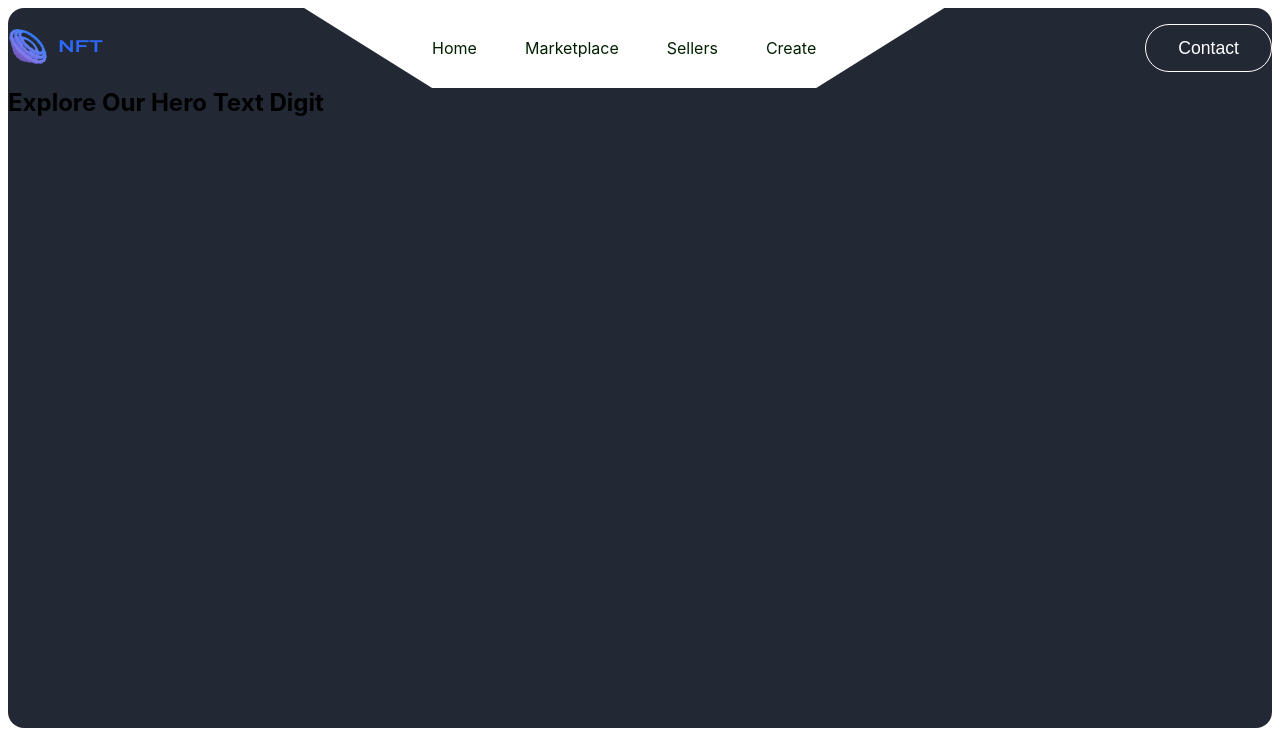
Repository: Ellisvelandia/NFT
Page: /
The author's editor kept a copy of each file at every save. The page is drawn from the files as they stood at one save, then again after the next save.
The browser window is 1280 px wide. The pictures show the whole page.
The project was rebuilt for these pictures with package versions that can differ from the ones it lists, and the page was loaded fresh each time.

Above is the page before, as saved 2022-08-21 15:01:32.

After the next save:
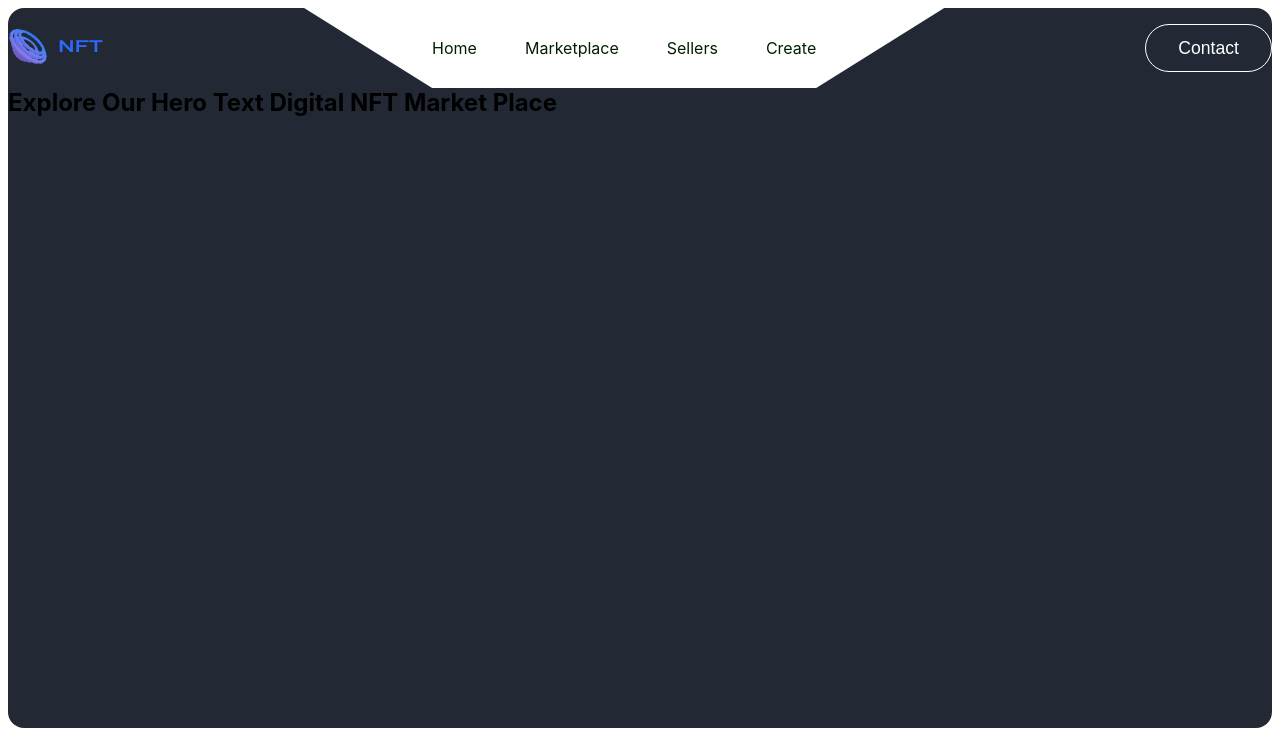
Saved 7 s later.
--- a/src/components/Home.jsx
+++ b/src/components/Home.jsx
@@ -10,7 +10,7 @@
       <div className="container">
         <div className="content">
           <h1>
-            Explore Our Hero Text Digit
+            Explore Our Hero Text Digital NFT Market Place
           </h1>
         </div>
       </div>
